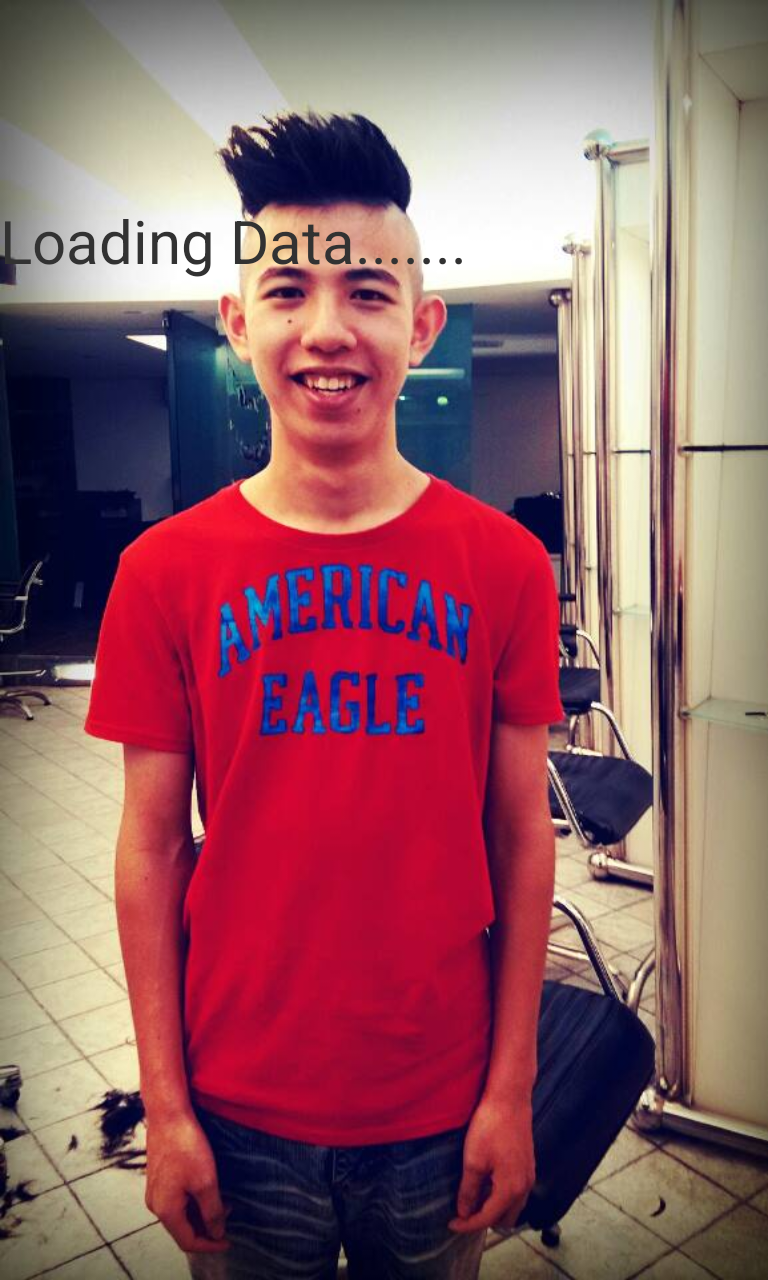
Repository: gt212345/p4p-android
Layout: p4p-android/res/layout/activity_welcome.xml
The author's editor kept a copy of each file at every save. The layout is drawn from the files as they stood at one save, then again after the next save.
It is drawn on a 768 x 1280 px phone screen (xhdpi) without system bars, with theme AppTheme; the app's code is not run.

Above is the layout before, as saved 2014-05-24 11:40:23.

### p4p-android/res/layout/activity_welcome.xml
<?xml version="1.0" encoding="utf-8"?>
<RelativeLayout xmlns:android="http://schemas.android.com/apk/res/android"
    android:layout_width="match_parent"
    android:layout_height="match_parent"
    android:background="@drawable/welcome"
    android:orientation="vertical" >

    <TextView
        android:id="@+id/textView1"
        android:layout_width="wrap_content"
        android:layout_height="wrap_content"
        android:layout_alignParentLeft="true"
        android:layout_alignParentRight="true"
        android:layout_alignParentTop="true"
        android:layout_marginTop="100dp"
        android:textSize="30dp"
        android:text="Loading Data......." />

</RelativeLayout>

Loaded but not shown: p4p-android/res/values/styles.xml (common file); p4p-android/res/values-v11/styles.xml (common file); p4p-android/res/values-v14/styles.xml (common file)

After the next save:
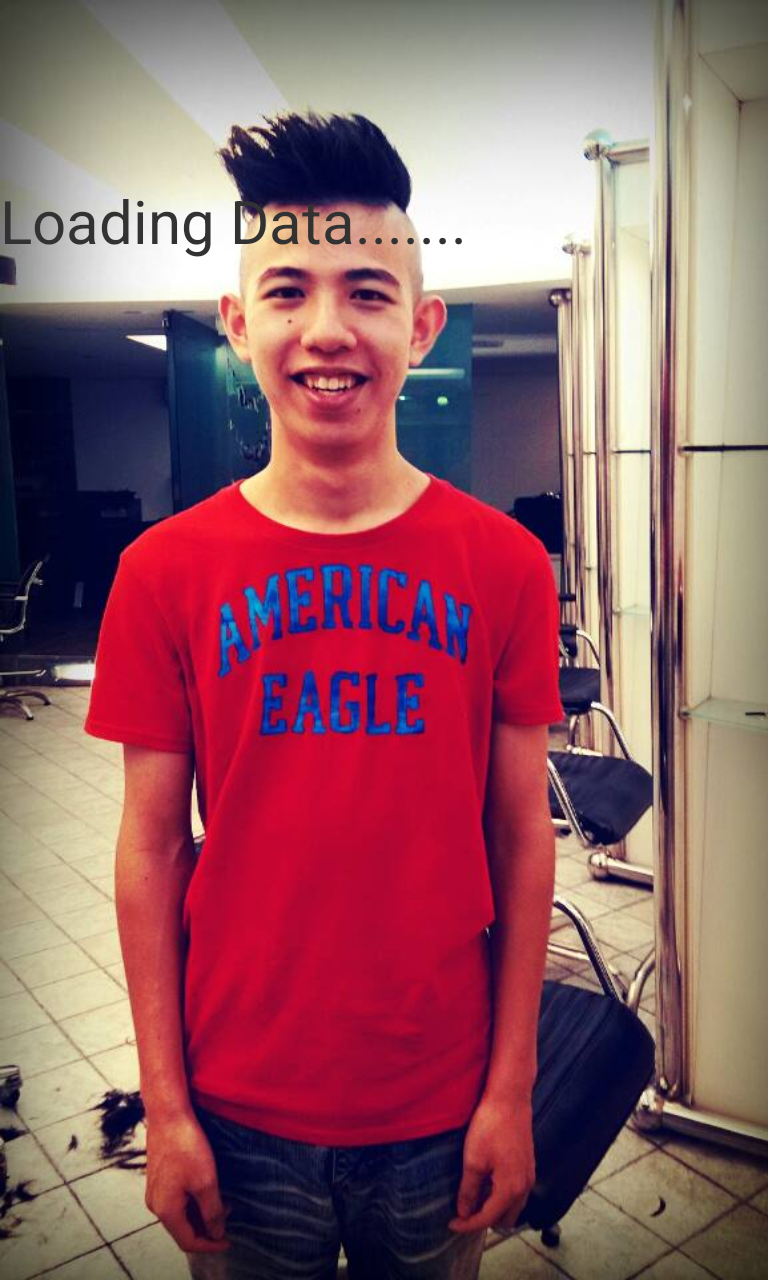
Saved 7 s later.
--- a/p4p-android/res/layout/activity_welcome.xml
+++ b/p4p-android/res/layout/activity_welcome.xml
@@ -12,7 +12,7 @@
         android:layout_alignParentLeft="true"
         android:layout_alignParentRight="true"
         android:layout_alignParentTop="true"
-        android:layout_marginTop="100dp"
+        android:layout_marginTop="90dp"
         android:textSize="30dp"
         android:text="Loading Data......." />
 
